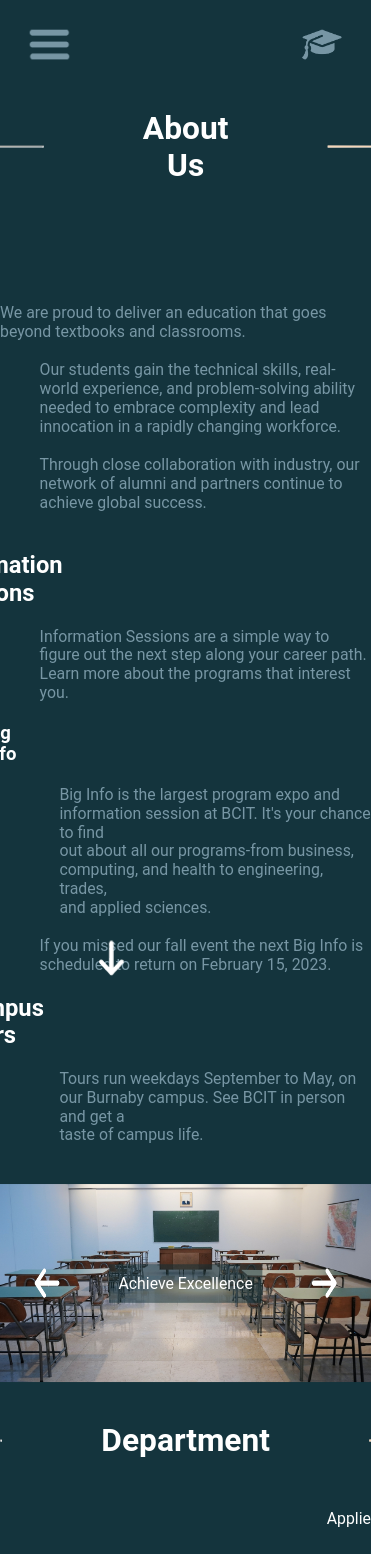
Repository: Sheraliramzan/Aly_A01253508_Assignment1
Page: /about
These files come from the project's save history. The page is drawn as it stood at one moment and after the next save; the edit follows.
The browser window is 375 px wide. The pictures show the whole page, at 99% of full size.
The project was rebuilt for these pictures with package versions that can differ from the ones it lists, and the page was loaded fresh each time. The framework's server and built-in components were replaced by stand-ins that run in the browser. Also part of the build but not shown: next.config.js.

Above is the page before, as saved 2023-02-05 11:41:54.

After the next save:
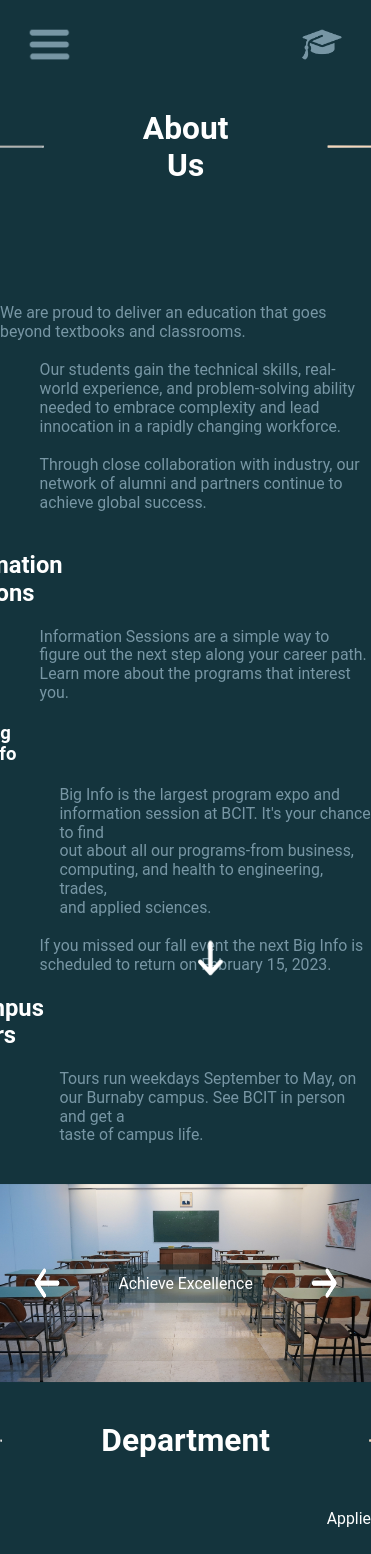
Saved 13 s later.
--- a/styles/globals.css
+++ b/styles/globals.css
@@ -323,6 +323,6 @@ ul > li {
   }
   .downarrow{
     position: fixed;
-    left:100px
-  }
-}
+    left:200px
+  }
+}
